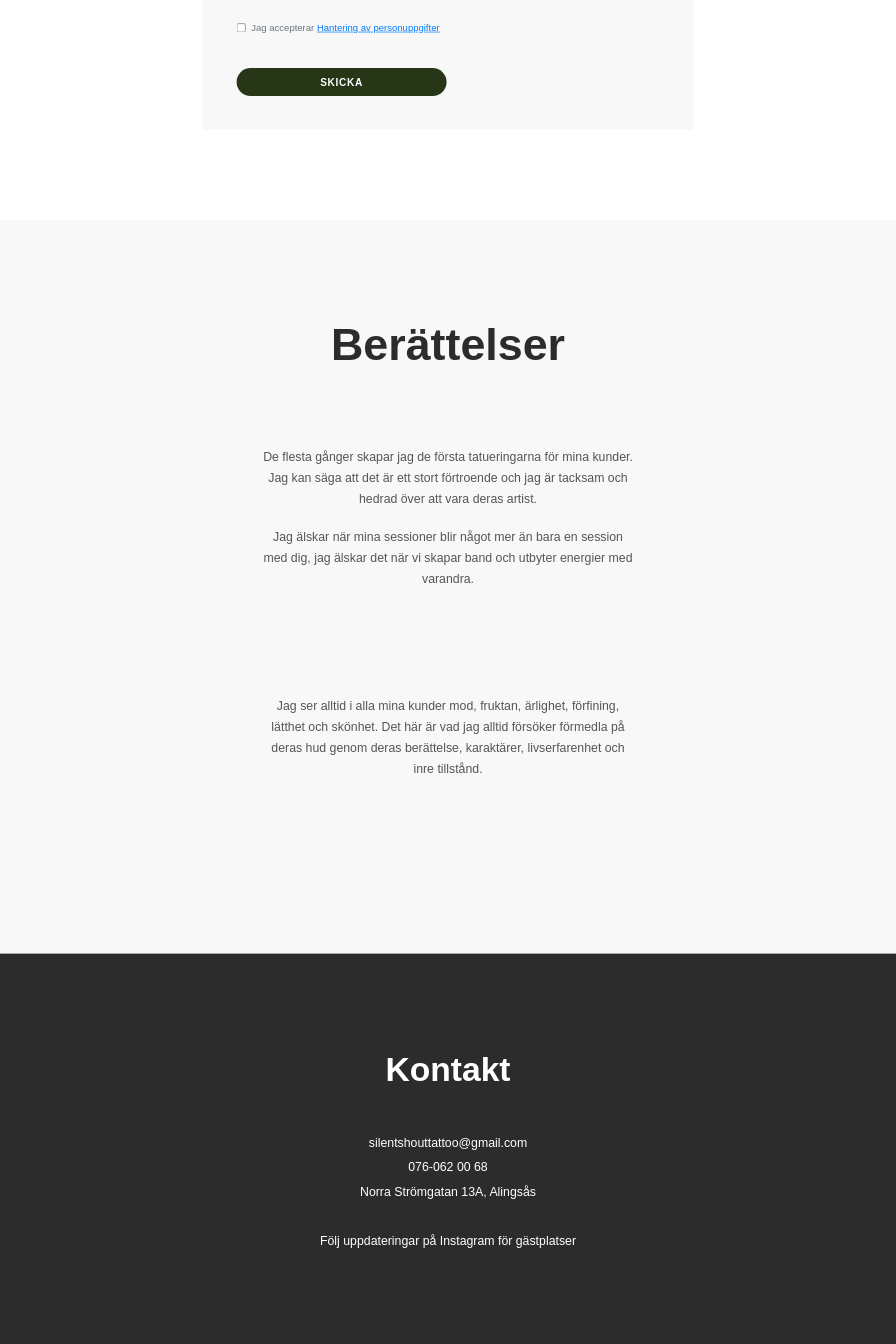
Repository: public-websites/silentshouttattoose
Page: index.html
The author's editor kept a copy of each file at every save. The page is drawn from the files as they stood at one save, then again after the next save.
The browser window is 1280 px wide. The pictures show the part of the page from y = 4375 to 6295 px (the page is 6295 px tall), at 70% of full size.

Above is the page before, as saved 2025-06-26 08:55:22.

After the next save:
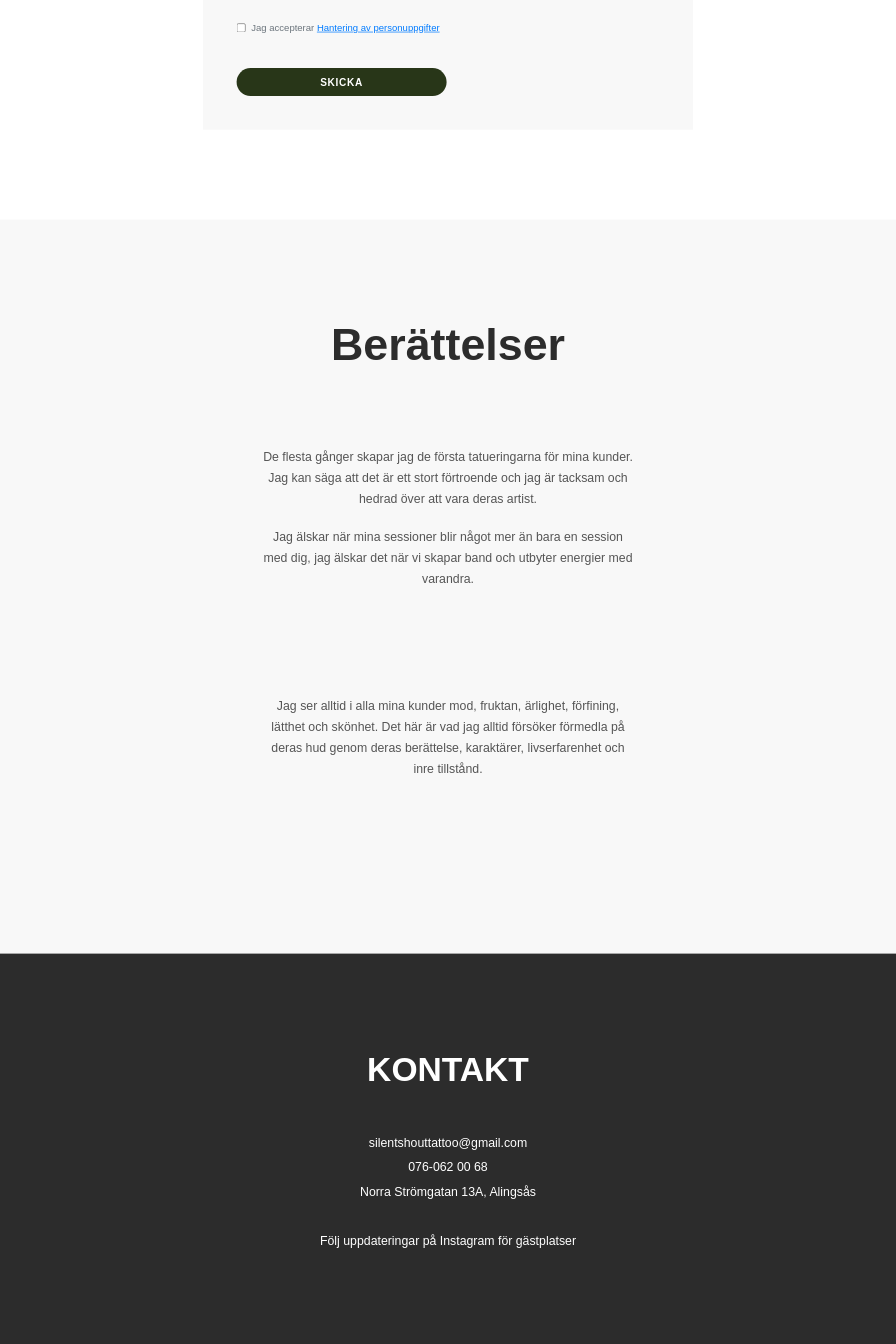
Saved 6 s later.
--- a/styles.css
+++ b/styles.css
@@ -557,7 +557,7 @@
 .contact-title {
     font-size: clamp(2rem, 5vw, 3rem);
     font-weight: 900;
-    text-transform: capitalize;
+    text-transform: uppercase;
     margin-bottom: 3rem;
 }
 
